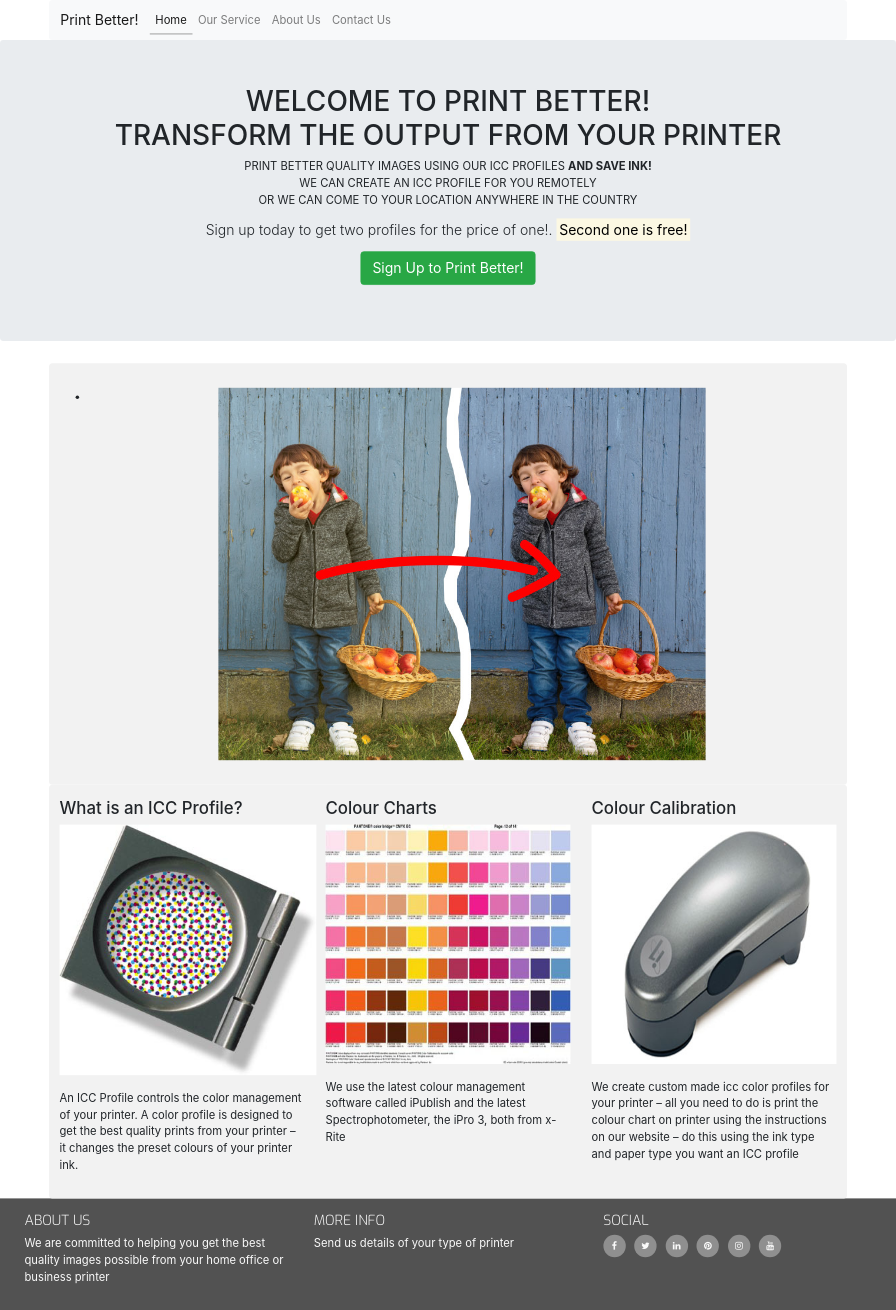
Repository: marks530/first_milestone
Page: index.html
These files come from the project's save history. The page is drawn as it stood at one moment and after the next save; the edit follows.
The browser window is 1280 px wide. The pictures show the whole page, at 70% of full size.
Some web libraries are served in a nearby version.

Above is the page before, as saved 2021-03-21 20:46:08.

### index.html
<!DOCTYPE html>
<html lang="en">

<head>
    <meta charset="UTF-8">
    <meta http-equiv="X-UA-Compatible" content="IE=edge">
    <meta name="viewport" content="width=device-width, initial-scale=1.0">
    <link href="css/style.css" rel="stylesheet" type="text/css" />
    <link rel="stylesheet" href="https://maxcdn.bootstrapcdn.com/bootstrap/4.2.1/css/bootstrap.min.css" type="text/css" />
    <link rel="stylesheet" href="https://maxcdn.bootstrapcdn.com/font-awesome/4.7.0/css/font-awesome.min.css" type="text/css" />
    <link rel="stylesheet" href="https://cdnjs.cloudflare.com/ajax/libs/hover.css/2.1.1/css/hover-min.css" type="text/css" />
    <link href='https://fonts.googleapis.com/css?family=Roboto:100,200,300,400' rel='stylesheet' type='text/css'>
    <title>Print Better</title>
</head>

<body>

    <nav class="navbar navbar-custom navbar-expand-lg navbar-light bg-light container">
        <a class="navbar-brand" href="#">Print Better!</a>
        <button class="navbar-toggler" type="button" data-toggle="collapse" data-target="#navbarSupportedContent" aria-controls="navbarSupportedContent" aria-expanded="false" aria-label="Toggle navigation">
            <span class="navbar-toggler-icon"></span>
            </button>

        <div class="collapse navbar-collapse" id="navbarSupportedContent">
            <ul class="navbar-nav mr-auto">
                <li class="nav-item active">
                    <a class="nav-link" href="index.html">Home <span class="sr-only">(current)</span></a>
                </li>
                <li class="nav-item">
                    <a class="nav-link" href="service.html">Our Service</a>
                </li>
                <li class="nav-item">
                    <a class="nav-link" href="about_us.html">About Us</a>
                </li>
                <li class="nav-item">
                    <a class="nav-link" href="contact_us.html">Contact Us</a>
                </li>
            </ul>

        </div>
    </nav>

    <section>
        <div class="jumbotron text-center">
            <h1 class="uppercase">Welcome to Print Better!<br>Transform the output from your Printer</h1>
            <p class="uppercase">Print better quality images using our ICC profiles <strong>and save ink!</strong><br>We can create an ICC profile for you remotely <br>or we can come to your location anywhere in the country
            </p>
            <p class="lead">Sign up today to get two profiles for the price of one!.
                <span class="d-inline d-sm-none"><br></span>
                <strong><mark>Second one is free!</mark></strong></p>
            <p><button class="btn btn-lg btn-success" data-toggle="modal" data-target="#signUpModal">Sign Up to Print Better!</button></p>

        </div>
    </section>


    <div class="container">
        <ul id="space">
            <li>
                <img src="images/before-after-profile.jpg" alt="colour contrast image" class="center">
            </li>
        </ul>
    </div>

    <section>
        <div class="container">
            <div class="row">
                <div class="col-sm-4">
                    <h4>What is an ICC Profile?</h4>
                    <img src="images/Loupe.png" alt="tool for inspecting images" class="space">
                    <p class="shift">An ICC Profile controls the color management of your printer. A color profile is designed to get the best quality prints from your printer – it changes the preset colours of your printer ink.</p>

                </div>
                <div class="col-sm-4">
                    <h4>Colour Charts</h4>
                    <img src="images/color-chart.jpg" alt="test chart used to calculate ICC profiles" class="old-new" class="space">
                    <p class="shift">We use the latest colour management software called iPublish and the latest Spectrophotometer, the iPro 3, both from x-Rite </p>

                </div>
                <div class="col-sm-4">
                    <h4>Colour Calibration</h4>
                    <img src="images/xRite.jpg" alt="colour measuring device" class="old-new" class="space">
                    <p class="shift">We create custom made icc color profiles for your printer – all you need to do is print the colour chart on printer using the instructions on our website – do this using the ink type and paper type you want an ICC profile</p>
                </div>
            </div>
        </div>
    </section>
    <section>
        <div class="modal fade" id="signUpModal" tabindex="-1" role="dialog" aria-labelledby="signUpModal" aria-hidden="true">
            <div class="modal-dialog modal-dialog-centered" role="document">
                <div class="modal-content">
                    <div class="modal-header">
                        <h5 class="modal-title" id="exampleModalLongTitle">Sign up for better quality printing!</h5>
                        <button type="button" class="close" data-dismiss="modal" aria-label="Close">
                    <span aria-hidden="true">&times;</span>
                  </button>
                    </div>
                    <div class="modal-body">
                        <form>
                            <div class="form-group">
                                <label for="exampleInputEmail1">Email address</label>
                                <input type="email" class="form-control" id="exampleInputEmail1" aria-describedby="emailHelp" placeholder="Enter email">
                                <small id="emailHelp" class="form-text text-muted">We'll never share your email with anyone else.</small>
                            </div>
                            <div class="form-group">
                                <label for="exampleInputPassword1">Password</label>
                                <input type="password" class="form-control" id="exampleInputPassword1" placeholder="Password">
                            </div>
                            <div class="form-group">
                                <label for="repeatpassword"> Repeat Password</label>
                                <input type="password" class="form-control" id="repeatpassword" placeholder="Repeat Password">
                            </div>

                            <button type="submit" class="btn btn-success">Submit</button>
                        </form>
                    </div>
                    <div class="modal-footer">
                        <button type="button" class="btn btn-secondary" data-dismiss="modal">Close</button>
                        <button type="button" class="btn btn-primary">Save changes</button>
                    </div>
                </div>
            </div>
        </div>
    </section>


    <footer class="container-fluid">
        <div id="footer-details" class="row">
            <div class="col-sm-4">
                <h5 class="uppercase general-sub">About Us</h5>
                <p class="inline-block">
                    We are committed to helping you get the best quality images possible from your home office or business printer
                </p>
            </div>
            <div class="col-sm-4">
                <h5 class="uppercase general-sub">More Info</h5>
                <p class="inline-block">
                    Send us details of your type of printer
                </p>
            </div>
            <div class="col-sm-4">
                <h5 class="uppercase general-sub">Social</h5>
                <ul class="list-inline social-links">
                    <li class="list-inline-item">
                        <a target="_blank" href="#">
                            <i class="fa fa-facebook" aria-hidden="true"></i>
                            <span class="sr-only">Facebook</span>
                        </a>
                    </li>
                    <li class="list-inline-item">
                        <a target="_blank" href="#">
                            <i class="fa fa-twitter" aria-hidden="true"></i>
                            <span class="sr-only">Twitter</span>
                        </a>
                    </li>
                    <li class="list-inline-item">
                        <a target="_blank" href="#">
                            <i class="fa fa-linkedin" aria-hidden="true"></i>
                            <span class="sr-only">LinkedIn</span>
                        </a>
                    </li>
                    <li class="list-inline-item">
                        <a target="_blank" href="#">
                            <i class="fa fa-pinterest" aria-hidden="true"></i>
                            <span class="sr-only">Pinterest</span>
                        </a>
                    </li>
                    <li class="list-inline-item">
                        <a target="_blank" href="#">
                            <i class="fa fa-instagram" aria-hidden="true"></i>
                            <span class="sr-only">Instagram</span>
                        </a>
                    </li>
                    <li class="list-inline-item">
                        <a target="_blank" href="#">
                            <i class="fa fa-youtube" aria-hidden="true"></i>
                            <span class="sr-only">YouTube</span>
                        </a>
                    </li>
                </ul>
            </div>
        </div>
    </footer>
    <script src="https://cdnjs.cloudflare.com/ajax/libs/popper.js/1.12.9/umd/popper.min.js" integrity="sha384-ApNbgh9B+Y1QKtv3Rn7W3mgPxhU9K/ScQsAP7hUibX39j7fakFPskvXusvfa0b4Q" crossorigin="anonymous"></script>
    <script src="https://code.jquery.com/jquery-3.2.1.slim.min.js" integrity="sha384-KJ3o2DKtIkvYIK3UENzmM7KCkRr/rE9/Qpg6aAZGJwFDMVNA/GpGFF93hXpG5KkN" crossorigin="anonymous"></script>
    <script src="https://maxcdn.bootstrapcdn.com/bootstrap/4.0.0/js/bootstrap.min.js" integrity="sha384-JZR6Spejh4U02d8jOt6vLEHfe/JQGiRRSQQxSfFWpi1MquVdAyjUar5+76PVCmYl" crossorigin="anonymous"></script>

</body>

</html>

### css/style.css
@import url('https://fonts.googleapis.com/css?family=Roboto:100,200,300,400,500,600,700|Exo:100,200,300,400,500,600,700');
body {
    font-family: Roboto;
    color: #777777
}

h2 {
    font-family: Roboto;
    text-transform: uppercase;
    letter-spacing: 8px;
    color: #555555
}

#logo {
    float: left;
    font-size: 280%;
    margin-left: 120px;
}

#menu {
    font-size: 140%;
    list-style-type: none;
    letter-spacing: 1px;
    margin-right: 120px;
}

#menu {
    line-height: 75px;
}

#menu li {
    float: right;
    margin-right: 20px;
}

#menu a {
    text-decoration: none;
    color: inherit;
}

#menu a:hover {
    border-bottom: 1px solid #777777;
}

.active {
    border-bottom: 1px solid #777777;
}

.center {
    display: block;
    margin-left: auto;
    margin-right: auto;
    width: 65%;
    height: auto;
}

.old-new {
    max-width: 100%;
    height: auto;
    object-fit: contain;
}

#move-image-down {
    margin-top: 30px;
}

.jumbotron {
    padding-left: 20px;
    padding-right: 20px;
}


/*---------------Special paddings/margins/text */

h1,
h2,
h3,
h4 {
    margin: 0;
}

.uppercase {
    text-transform: uppercase;
}

.general-sub {
    font-family: "Exo", sans serif;
    font-weight: 300;
    color: #fafafa;
}

.shift {
    margin-top: 20px;
}


/*----------------------------------Footer */

footer {
    background-color: #525252;
    color: #fafafa;
    min-height: 120px;
    margin: 0;
}

.inline-block {
    display: inline-block;
}

.social-links {
    padding-bottom: 15px;
}

.social-links li a i {
    width: 32px;
    height: 32px;
    padding: 12px 0;
    border-radius: 50%;
    font-size: 13px;
    line-height: 7px;
    text-align: center;
    color: #fafafa;
    background: #8f8f8f;
    transition: all 0.35s ease-in-out;
    -moz-transition: all 0.35s ease-in-out;
    -webkit-transition: all 0.35s ease-in-out;
    -o-transition: all 0.35s ease-in-out;
}

.social-links li a i:hover {
    background: #e84610;
}

#footer-details {
    padding: 20px;
}


/*----------------------------------Test for text in a box */

.container {
    position: relative;
    width: 50%;
}

.image {
    opacity: 1;
    display: block;
    width: 100%;
    height: auto;
    transition: .5s ease;
    backface-visibility: hidden;
}

.middle {
    transition: .5s ease;
    opacity: 0;
    position: absolute;
    top: 50%;
    left: 50%;
    transform: translate(-50%, -50%);
    -ms-transform: translate(-50%, -50%);
    text-align: center;
}

.container:hover .image {
    opacity: 0.3;
}

.container:hover .middle {
    opacity: 1;
}

.text {
    background-color: #4CAF50;
    color: white;
    font-size: 16px;
    padding: 16px 32px;
}

#space {
    margin-top: 15px;
    margin-bottom: 15px;
}


/*----------------------------------Logo gentle zoom effect on hover */

.zoom {
    padding: 10px;
    background-color: white;
    transition: transform .8s;
    /* Animation */
    width: auto;
    height: auto;
    margin: 0 auto;
}

.zoom:hover {
    transform: scale(1.05);
    /* (150% zoom - Note: if the zoom is too large, it will go outside of the viewport) */
}


/*----------------------------------Contact Form styling*/

* {
    box-sizing: border-box;
}

input[type=text],
select,
textarea {
    width: 100%;
    padding: 12px;
    border: 1px solid #ccc;
    border-radius: 4px;
    box-sizing: border-box;
    margin-top: 6px;
    margin-bottom: 16px;
    resize: vertical;
}

input[type=submit] {
    background-color: #4CAF50;
    color: white;
    padding: 12px 20px;
    border: none;
    border-radius: 4px;
    cursor: pointer;
}

input[type=submit]:hover {
    background-color: #45a049;
}

.container {
    border-radius: 5px;
    background-color: #f2f2f2;
    padding: 20px;
}

#circle-container {
    width: 300px;
    height: 300px;
    padding: 30px;
    border-style: solid;
    border-color: #cccccc;
    border-width: 1px;
    border-radius: 50%;
    margin: 0 auto;
}

.contact {
    margin-top: 15px;
}

After the next save:
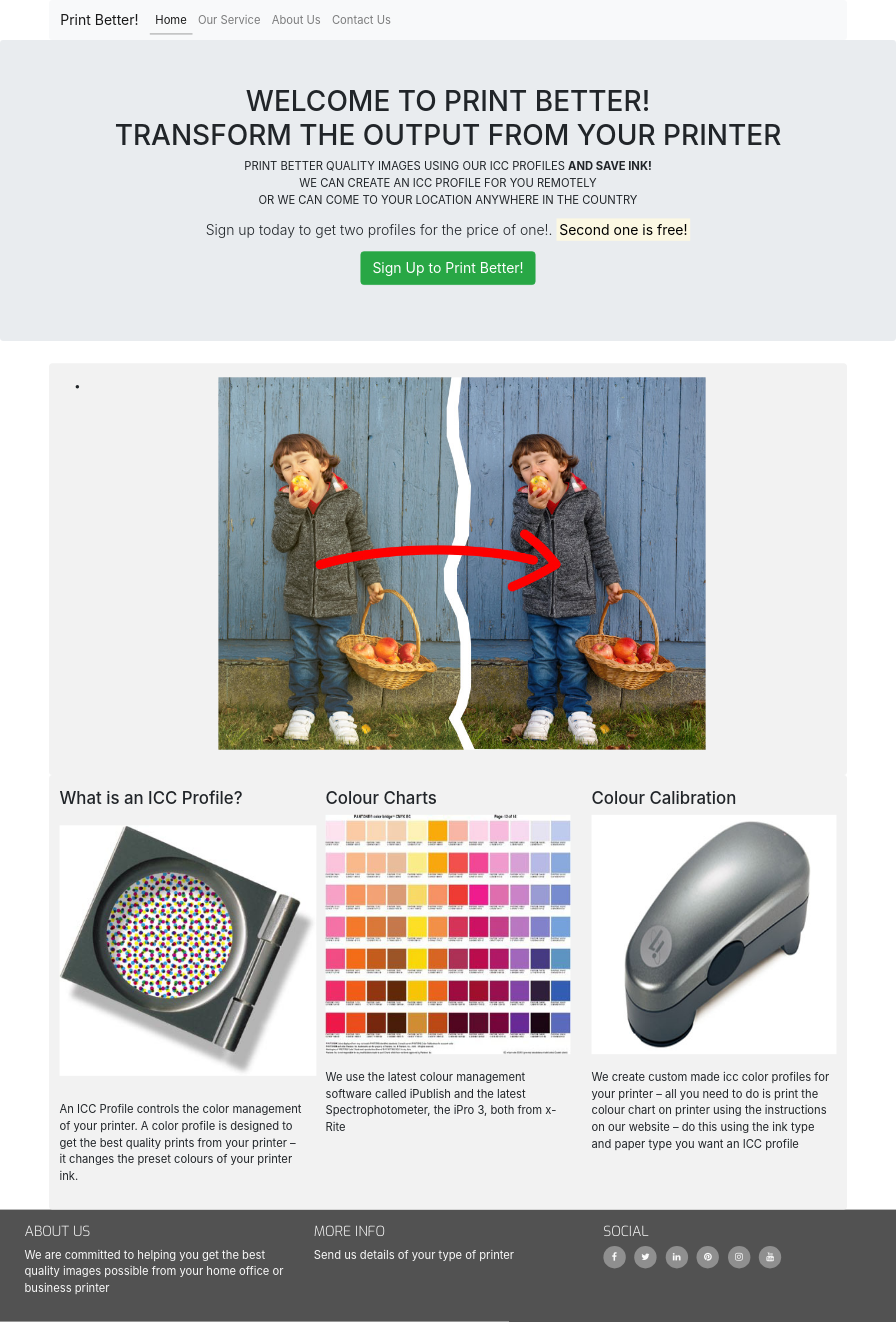
Saved 2 min 12 s later.
--- a/css/style.css
+++ b/css/style.css
@@ -178,7 +178,7 @@
     padding: 16px 32px;
 }
 
-#space {
+.space {
     margin-top: 15px;
     margin-bottom: 15px;
 }
